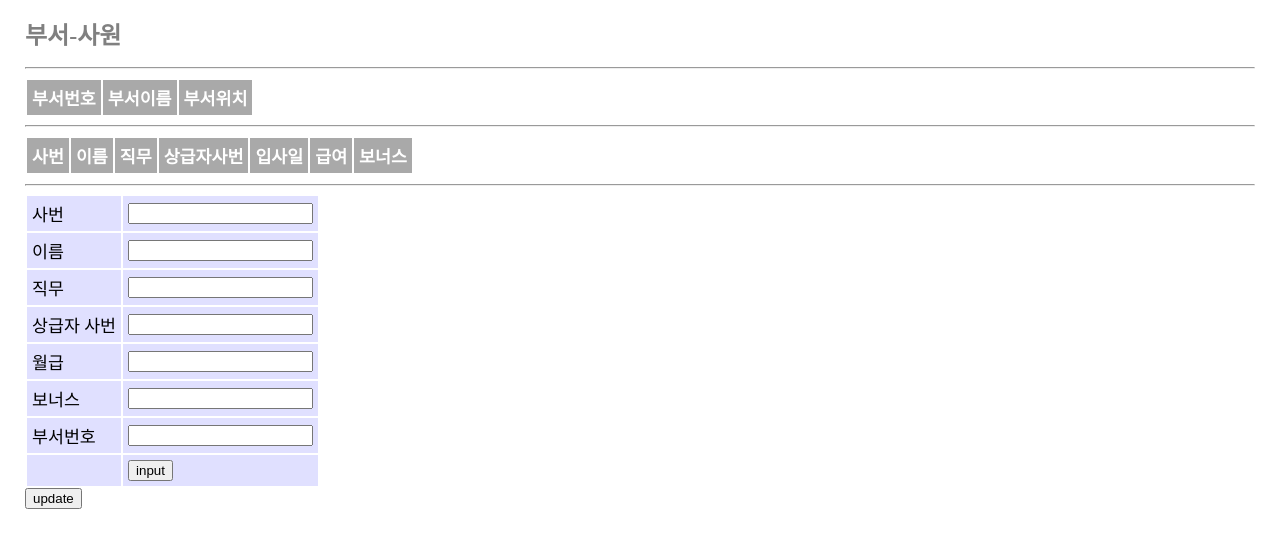
Repository: jjuiru/web-sts4
Page: http://localhost/_sb0322-1/WEB-INF/views/root.jsp
These files come from the project's save history. The page is drawn as it stood at one moment and after the next save; the edit follows.
The browser window is 1280 px wide. The pictures show the whole page.
The page is served by Tomcat 9. Nobody is signed in. The template is opened directly, without the code that normally fills it, so the values that code supplies are empty.

Above is the page before, as saved 2024-03-22 09:38:58.

After the next save:
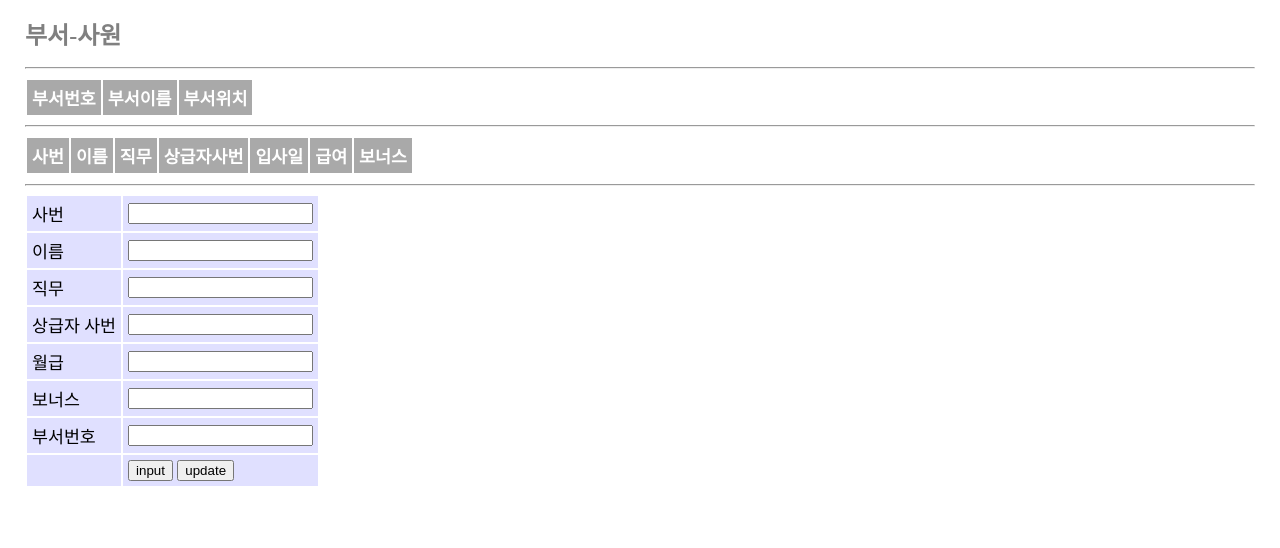
Saved 43 s later.
--- a/_sb0322-1/src/main/webapp/WEB-INF/views/root.jsp
+++ b/_sb0322-1/src/main/webapp/WEB-INF/views/root.jsp
@@ -116,15 +116,17 @@ td {
             <td></td>
             <td>
                 <input type="submit" style="display: inline-block;" value="input" />
-            </td>
-        </tr>
-    </form>
-</table>
-
-<form id="updateForm" method="get" action="update" style="display: inline-block;">
+                    </form>
+                    <form id="updateForm" method="get" action="update" style="display: inline-block;">
     <input type="hidden" name="empno" value="${list3.empno}" />
     <button type="button" onclick="submitForm('update')">update</button>
 </form>
+            </td>
+        </tr>
+
+</table>
+
+
 
 <script>
     function submitForm(action) {
